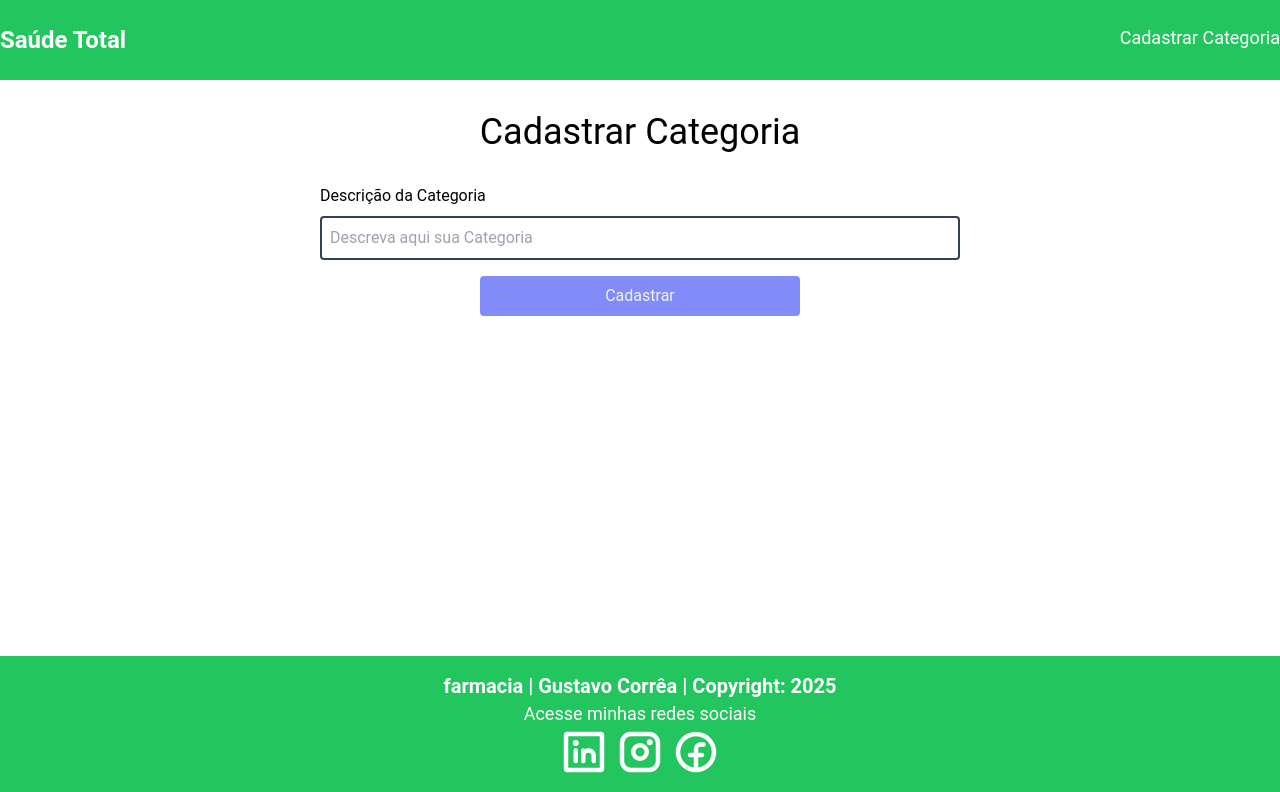
Repository: GustavoCorrea10/farmacia
Page: /cadastrarcategoria
These files come from the project's save history. The page is drawn as it stood at one moment and after the next save; the edit follows.
The browser window is 1280 px wide. The pictures show the whole page.
The project was rebuilt for these pictures with package versions that can differ from the ones it lists, and the page was loaded fresh each time. Also part of the build but not shown: vite.config.ts, src/App.css, src/components/categorias/cardcategorias/CardCategorias.tsx, src/components/categorias/listacategorias/ListaCategorias.tsx, src/pages/home/Home.tsx.

Above is the page before, as saved 2025-02-24 15:32:10.

### index.html
<!doctype html>
<html lang="pt-br">
<head>
    <meta charset="UTF-8" />
    <link rel="icon" type="image/png" href="https://img.freepik.com/vetores-gratis/icone-cruzado_23-2147744964.jpg?t=st=1740405307~exp=1740408907~hmac=cdf4946fabb8a1c255d2738069880fa7420df35fbc2a3fc3bd3e8f735a8b53b2&w=740" />
    <meta name="viewport" content="width=device-width, initial-scale=1.0" />
    <title>Farmacia</title>
</head>
<body>
    <div id="root"></div>
    <script type="module" src="/src/main.tsx"></script>
</body>
</html>

### src/App.tsx
import './App.css';
import FormCategorias from './components/categorias/formcategorias/FormCategorias';
import ListaCategorias from './components/categorias/listacategorias/ListaCategorias';
import Footer from './components/footer/Footer';
import Navbar from './components/navbar/Navbar';
import Home from './pages/home/Home';
import { BrowserRouter, Route, Routes } from 'react-router-dom';

function App() {
  return (

    < BrowserRouter>
      <Navbar />
      <div className='min-h-[80vh]'>
        <Routes>
          <Route path='/' element={<Home />} />
          <Route path='/home' element={<Home />} />
          <Route path="/categorias" element={<ListaCategorias />} />
          <Route path="/cadastrarcategoria" element={<FormCategorias />} />
          <Route path="/editarcategoria/:id" element={<FormCategorias />} />
        </Routes>
      </div>
      <Footer />
    </BrowserRouter>
  );
}

export default App;

### src/components/categorias/formcategorias/FormCategorias.tsx
import { ChangeEvent, useEffect, useState } from "react";
import Categoria from "../../../model/Categoria";
import { useNavigate, useParams } from "react-router-dom";
import { atualizar, buscar, cadastrarCategoria } from "../../../service/Service";

function FormCategorias() {
  const navigate = useNavigate();

  const [categoria, setCategoria] = useState<Categoria>({} as Categoria);

  const [isLoading, setIsLoading] = useState<boolean>(false);

  const { id } = useParams<{ id: string }>();






  async function buscarPorId(id: string) {
    try {
      await buscar(`/categorias/${id}`, setCategoria);
    } catch (error: any) {
      alert("Erro ao buscar por id");
    }
  }





  useEffect(() => {
    if (id !== undefined) {
      buscarPorId(id);
    }
  }, [id]);






  function atualizarEstado(e: ChangeEvent<HTMLInputElement>) {
    setCategoria({
      ...categoria,
      [e.target.name]: e.target.value,
    });
  }





  function retornar() {
    navigate("/categorias");
  }




  async function gerarNovoTema(e: ChangeEvent<HTMLFormElement>) {
    e.preventDefault();
    setIsLoading(true);

    if (id !== undefined) {
      try {
        await atualizar(`/categorias`, categoria, setCategoria);
        alert("Categoria foi atualizado com sucesso!");
      } catch (error: any) {
        if (error.toString().includes("403")) {
          // Tratar erro 403, se necessário
        } else {
          alert("Erro ao atualizar a catergoria!");
        }
      }
    } else {
      try {
        await cadastrarCategoria(`/categorias`, categoria, setCategoria);
        alert("Categoria cadastrado com sucesso!");
      } catch (error: any) {
        if (error.toString().includes("403")) {
          alert("Erro ao cadastrar");
        } else {
          alert("Erro ao cadastrar o Categoria!");
        }
      }
    }

    setIsLoading(false);
    retornar();
  }

  return (
    <div className="container flex flex-col items-center justify-center mx-auto">
      <h1 className="text-4xl text-center my-8">
        {id ? "Atualizar Categoria" : "Cadastrar Categoria"}
      </h1>

      <form
        onSubmit={gerarNovoTema}
        className="w-1/2 flex flex-col gap-4"
      >
        <div className="flex flex-col gap-2">
          <label htmlFor="descricao">Descrição da Categoria</label>
          <input
            type="text"
            name="descricao"
            value={categoria.descricao || ""}
            onChange={atualizarEstado}
            placeholder="Descreva aqui sua Categoria"
            className="border-2 border-slate-700 rounded p-2"
          />
        </div>

        <button
          className="rounded text-slate-100 bg-indigo-400 hover:bg-indigo-800 w-1/2 py-2 mx-auto flex justify-center"
          type="submit"
        >
          {isLoading ? "Carregando..." : id ? "Atualizar" : "Cadastrar"}
        </button>
      </form>
    </div>
  );
}

export default FormCategorias;

### src/components/footer/Footer.tsx
import { FacebookLogo, InstagramLogo, LinkedinLogo } from '@phosphor-icons/react'

function Footer() {

    let data = new Date().getFullYear()

return(
            <div className="flex justify-center bg-green-500 text-white">
                <div className="container flex flex-col items-center py-4">
                    <p className='text-xl font-bold'>
                        farmacia | Gustavo Corrêa | Copyright: {data}
                    </p>
                    <p className='text-lg'>Acesse minhas redes sociais</p>
                    <div className='flex gap-2'>
                        <a href="https://www.linkedin.com/in/gustavo-correa11/" target="_blank">
                            <LinkedinLogo size={48} weight='bold' />
                        </a>
                        <a href="https://www.instagram.com/_gucorreacz/" target="_blank">
                            <InstagramLogo size={48} weight='bold' />
                        </a>
                        <a href="https://www.facebook.com/profile.php?id=100005272216952" target="_blank">
                            <FacebookLogo size={48} weight='bold' />
                        </a>
                    </div>
                </div>
            </div>

        )
    }

export default Footer

### src/components/navbar/Navbar.tsx
import { Link } from "react-router-dom";

function Navbar() {
  return (
    <div className="w-full bg-green-500 text-white flex justify-center py-6">
      <div className="container flex justify-between text-lg">
        <Link to="/home" className="text-2xl font-bold">
          Saúde Total
        </Link>

        <div className="flex gap-4">
          <Link to='/cadastrarcategoria'>Cadastrar Categoria</Link>
        </div>
      </div>
    </div>
  );
}

export default Navbar;

### src/service/Service.ts
import axios from "axios";


const api = axios.create({
    baseURL: 'https://farmacia-jjxo.onrender.com/'
})

export const cadastrarCategoria = async (url: string, dados: object, setDados: Function) => {
    const resposta = await api.post(url, dados)
    setDados(resposta.data)
}


export const buscar = async (url: string, setDados: Function) => {
    const resposta = await api.get(url)
    setDados(resposta.data)
}

export const atualizar = async (url: string, dados: object, setDados: Function) => {
    const resposta = await api.put(url, dados)
    setDados(resposta.data)
}

export const deletar = async (url: string) => {
   await api.delete(url)
}

### tailwind.config.js
/** @type {import('tailwindcss').Config} */
export default {
  content: ["./index.html",
"./src/**/*.{js,ts,jsx,tsx}"],
  theme: {
    extend: { fontFamily: {
      sans: ['Roboto', 'sans-serif'],
    },
  },
  plugins: [],
}
}

Loaded but not shown: src/main.tsx (common file); src/index.css (common file)

After the next save:
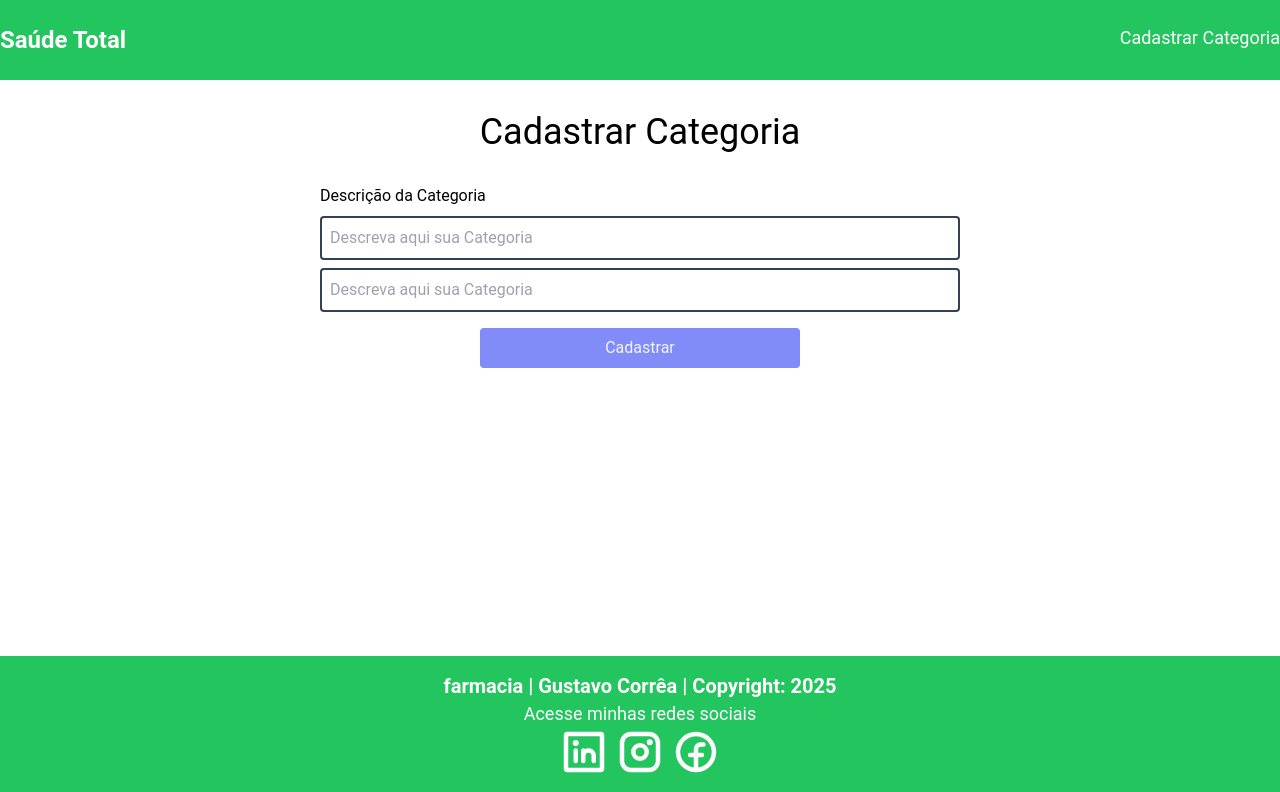
Saved 2 min 22 s later.
--- a/src/components/categorias/formcategorias/FormCategorias.tsx
+++ b/src/components/categorias/formcategorias/FormCategorias.tsx
@@ -104,6 +104,14 @@ function FormCategorias() {
           <label htmlFor="descricao">Descrição da Categoria</label>
           <input
             type="text"
+            name="nome"
+            value={categoria.descricao || ""}
+            onChange={atualizarEstado}
+            placeholder="Descreva aqui sua Categoria"
+            className="border-2 border-slate-700 rounded p-2"
+          />
+           <input
+            type="text"
             name="descricao"
             value={categoria.descricao || ""}
             onChange={atualizarEstado}
